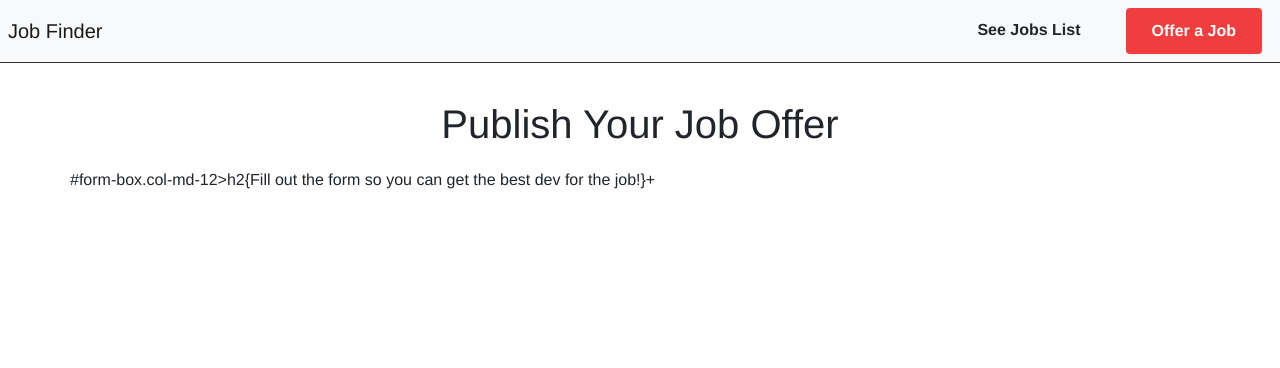
Repository: doncsar/couse-jobfinder-app
Page: templates/add.html
The author's editor kept a copy of each file at every save. The page is drawn from the files as they stood at one save, then again after a run of saves.
The browser window is 1280 px wide. The pictures show the whole page.

Above is the page before, as saved 2023-12-20 20:19:01.

### templates/add.html
<!DOCTYPE html>
   <head>
      <meta charset="UTF-8" />
      <meta name="viewport" content="width=device-width, initial-scale=1.0" />
      <title>Add Job</title>
      <link
         href="https://cdn.jsdelivr.net/npm/bootstrap@5.2.3/dist/css/bootstrap.min.css"
         rel="stylesheet"
         integrity="sha384-rbsA2VBKQhggwzxH7pPCaAqO46MgnOM80zW1RWuH61DGLwZJEdK2Kadq2F9CUG65"
         crossorigin="anonymous"
      />
      <link rel="stylesheet" href="../public/css/styles.css" />
   </head>
<body>
         <header>
         <nav class="navbar fixed-top navbar-expand-lg navbar-light bg-light">
            <a href="index.html" class="navbar-brand">Job Finder</a>
            <button
               class="navbar-toggler"
               type="button"
               data-bs-toggle="collapse"
               data-bs-target="#navbarNav"
               aria-controls="navbarNav"
               aria-expanded="false"
               aria-label="Toggle navigation "
            >
               <span class="navbar-toggle-icon"></span>
            </button>
            <div
               class="collapse navbar-collapse justify-content-end"
               id="navbarNav"
            >
               <ul class="navbar-nav ml-auto">
                  <li class="nav-item">
                     <a class="nav-link" href="index.html">See Jobs List</a>
                  </li>
                  <li class="nav-item">
                     <a href="#" class="nav-link btn btn-primary"
                        >Offer a Job</a
                     >
                  </li>
               </ul>
            </div>
         </nav>
      </header>
      <div id="add-form-container" class="container">
         <div class="row">
            <div class="col-md-12">
               <h1 class="text-center">Publish Your Job Offer</h1>
            </div>
            #form-box.col-md-12>h2{Fill out the form so you can get the best dev for the job!}+
         </div>
      </div>


      <script
         src="https://cdn.jsdelivr.net/npm/bootstrap@5.2.3/dist/js/bootstrap.bundle.min.js"
         integrity="sha384-kenU1KFdBIe4zVF0s0G1M5b4hcpxyD9F7jL+jjXkk+Q2h455rYXK/7HAuoJl+0I4"
         crossorigin="anonymous"
      ></script>
</body>
</html>

### public/css/styles.css
* {
   box-sizing: border-box;
   font-family: Helvetica, sans-serif;
}

/* nav */
.navbar {
   padding: 0.5rem;
   border-bottom: 1px solid #333;
   display: flex;
   justify-content: space-around;
}

.navbar .nav-item a {
   color: #212529;

}

.navbar .btn a {
   color: #fff;
}

.nav-item {
   margin: 0 10px;
}

.navbar-expand-lg .navbar-nav .nav-link {
   padding: 10px 25px;
   font-weight: bold;
}

.navbar .nav-item .btn {
   color: #fff;
   background-color: #f03e3e;
   border: 1px solid transparent;
   border-radius: 4px;
}

.nav-link.btn.btn-primary:hover,
#search-form button:hover,
.list-group-item a:hover,
#form-box button:hover {
   background-color: #fff;
   color: #f03e3e;
   border-color: #f03e3e;
   border-radius: 4px;
}

/* banner */
#top-container {
  height: 32rem;
   padding: 110px;
   background-color: #f7f9fc;
   border-bottom: 4px solid #01224b;
   margin-bottom: 30px;
   background-image: url('../img/banner2.jpg');
   background-position: 0 80px;
   background-size: cover;
   color: #fff;
}

#main-title {
   padding: 25px 10px;
   font-size: 3rem;
}

#main-subtitle {
   font-size: 1rem;
   margin-bottom: 5rem;
}

/* form */

#search-form {
   padding: 30px 100px;
}

#search-form .col-md-10,
#search-form .col-md-2 {
   padding: 0;
}

#search-form input,
#search-form button {
   width: 100%;
   border-radius: 0;
   height: 50px;
   font-size: 18px;
}

#search-form button {
   color: #fff;
   background-color: #f03e3e;
   border: 1px solid transparent;
   border-radius: 4px;
}

/* lista */

#jobs-container {
   padding: 0 100px;
   padding-bottom: 50px;
}

#job-list .list-group-item {
   margin-bottom: 8px;
   border: 1px solid #ffbebe;
   padding: 15px 80px;
   color: #212529;
   height: 120px;
}

#job-list .list-group-item p {
   font-size: 14px;
   margin-bottom: 5px;
}

#job-list .list-group-item.new-job {
   border: none;
   background-color: #fff7cc;
}

#job-list-title {
   margin-bottom: 35px;
}

.list-group-item img {
   width: 80px;
   border: 1px solid #212529;
   border-radius: 50%;
   background-color: #fff;
   position: absolute;
   left: -40px;
   top: calc(50% - 40px);
}

.list-group-item a {
   position: absolute;
   right: 20px;
   top: 35px;
   height: 50px;
   line-height: 35px;
   background-color: #f03e3e;
   border: 1px solid transparent;
   border-radius: 6px;
   color: #fff;
}

.new-job-label {
   background-color: #fde154;
   color: #6a6100;
   text-transform: uppercase;
   font-weight: bold;
   padding: 5px 10px;
   position: absolute;
   right: 250px;
   top: 40px;
   display: none;
}

.new-job .new-job-label {
   display: block;
}

/* add page */

#add-form-container {
   margin-top: 100px;
}

#form-box {
   padding: 50px;
   box-shadow: 0 1px 5px rgba(0, 0, 0, 0.15);
   border-radius: 4px;
   background-color: #fff;
   margin-bottom: 50px;
}

#add-form-container h1 {
   margin-bottom: 20px;
}

#add-form-container h2 {
   color: #f03e3e;
   font-weight: bold;
   font-size: 24px;
   margin-bottom: 30px;
}

#add-form-container form label {
   font-weight: bold;
}

#add-form-container form input,
#add-form-container form textarea {
   border: 2px solid #ccc;
   background-color: #f8f9fa;
}

#form-box button {
   height: 50px;
   width: 200px;
   background-color: #f03e3e;
   border: 1px solid transparent;
   border-radius: 0;
   margin-top: 20px;
}

/* job-view */

#job-view-container {
   margin-top: 100px;
}

#job-view-container h1 {
   margin-bottom: 30px;
}

#img-container {
   margin-top: 20px;
   margin-bottom: 30px;
}

#img-container img {
   width: 100px;
   border-radius: 50%;
   border: 1px solid #212529;
}

.job-desc {
   width: 60%;
   margin-left: auto;
   margin-right: auto;
}

.bold {
   font-weight: bold;
}

.main-color {
   color: #f03e3e;
}

.back-link {
   border: 1px solid #f03e3e;
   padding: 5px 10px;
   transition: 0.5s;
}

.back-link:hover {
   background-color: #f03e3e;
   color: #fff;
   text-decoration: none;
}

/* responsivo */

@media (max-width: 481px) {
   /* navbar */
   #navbarNav {
      text-align: center;
   }

   /* home */
   #top-container {
      padding: 50px;
      padding-top: 100px;
   }

   #main-title {
      font-size: 2.2rem;
   }

   #main-subtitle {
      font-size: 1.5rem;
   }

   #search-form {
      padding: 0;
   }

   #jobs-container {
      padding: 20px;
   }

   .list-group-item {
      padding: 15px 85px;
   }

   .list-group-item h2 {
      font-size: 1.2rem;
      width: 80%;
   }

   .list-group-item img {
      width: 50px;
      left: 15px;
      top: calc(50% - 25px);
   }

   .new-job .new-job-label {
      display: none;
   }

   /* job view*/

   .back-link {
      margin-left: 30px;
   }

   #job-view-container p {
      font-size: 1.3rem;
   }

   .job-desc {
      width: 80%;
   }

   /* add view */

   #form-box {
      padding: 25px;
   }

   #form-box h2 {
      font-size: 1rem;
      text-align: center;
   }

   #form-box button {
      width: 100%;
   }
}

After the next 2 saves:
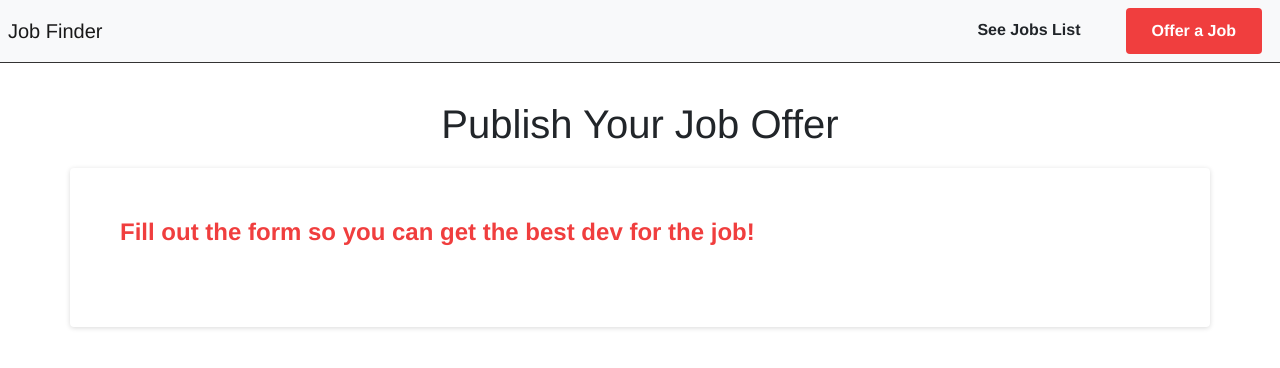
The 2 saves are shown as one change because they came seconds apart.
The last was saved 17 s later.
--- a/templates/add.html
+++ b/templates/add.html
@@ -48,7 +48,12 @@
             <div class="col-md-12">
                <h1 class="text-center">Publish Your Job Offer</h1>
             </div>
-            #form-box.col-md-12>h2{Fill out the form so you can get the best dev for the job!}+
+            <div id="form-box" class="col-md-12">
+               <h2>Fill out the form so you can get the best dev for the job!</h2>
+               <form action="">
+
+               </form>
+            </div>
          </div>
       </div>
 
